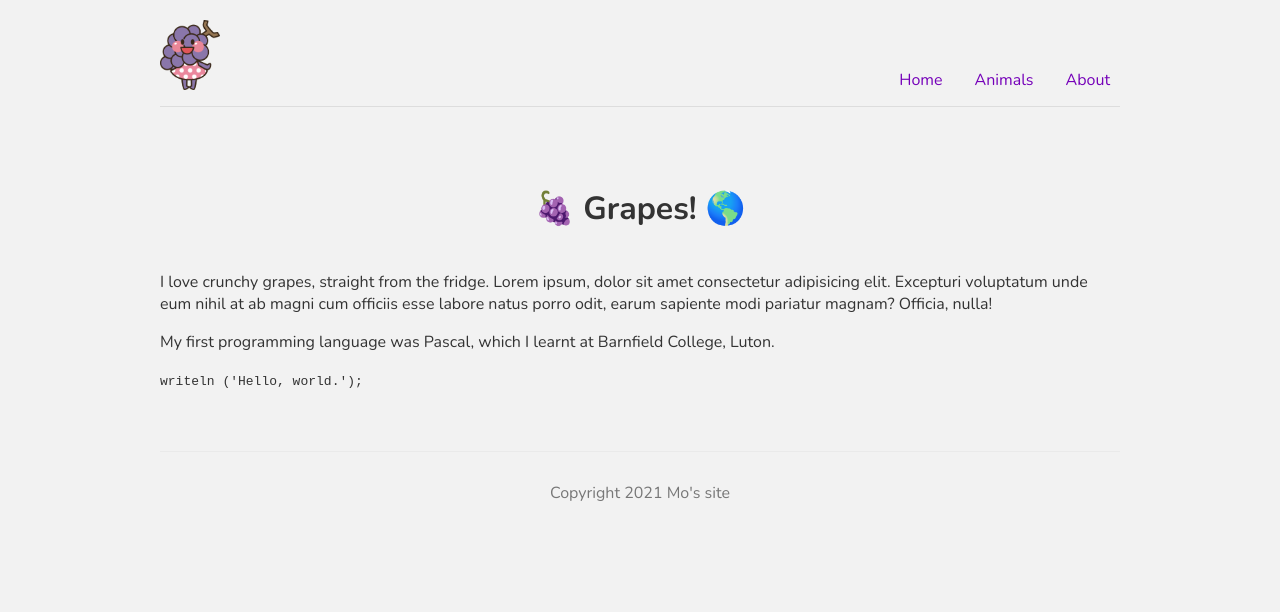
Repository: technogize/next-test-site
Page: /
An editor plug-in stored every save of this project. The page is shown before and after the next save, followed by the edit.
The browser window is 1280 px wide. The pictures show the whole page.
The project was rebuilt for these pictures with package versions that can differ from the ones it lists, and the page was loaded fresh each time. The framework's server and built-in components were replaced by stand-ins that run in the browser.

Above is the page before, as saved 2021-10-02 20:57:28.

After the next save:
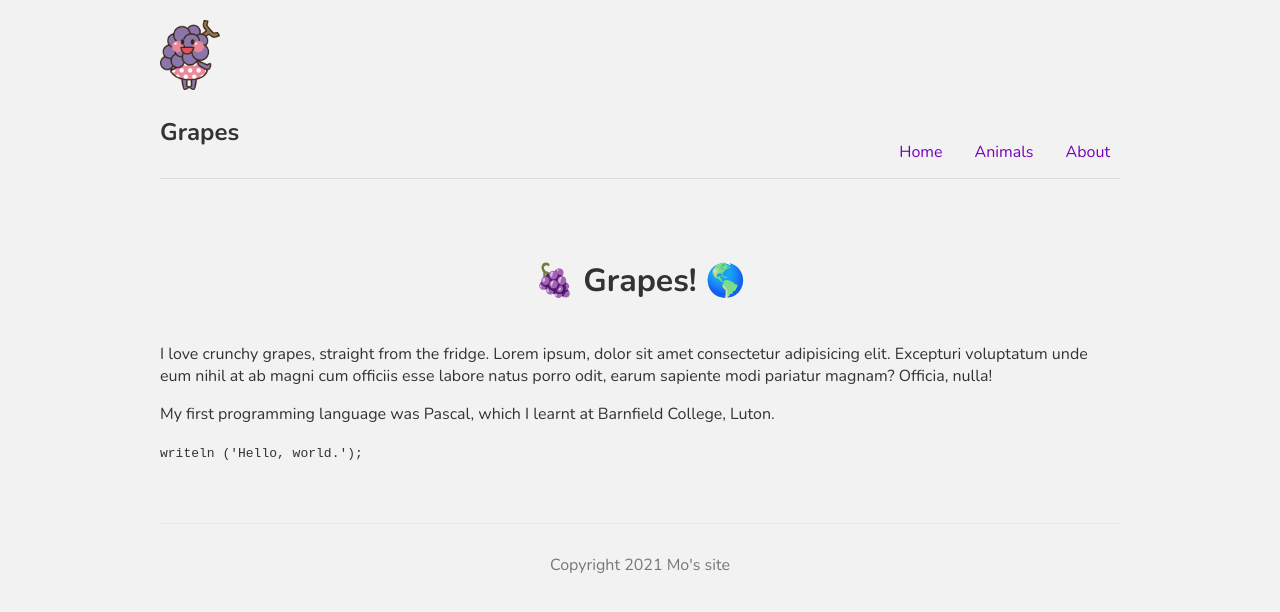
Saved 18 s later.
--- a/components/Navbar.js
+++ b/components/Navbar.js
@@ -7,6 +7,7 @@
             <Link href="/">
                 <div className='logo'>
                     <img src='/img/grape-logo.png' />
+                    <h1>Grapes</h1>
                 </div>
             </Link>
             <Link href="/">Home</Link>

After the save that followed:
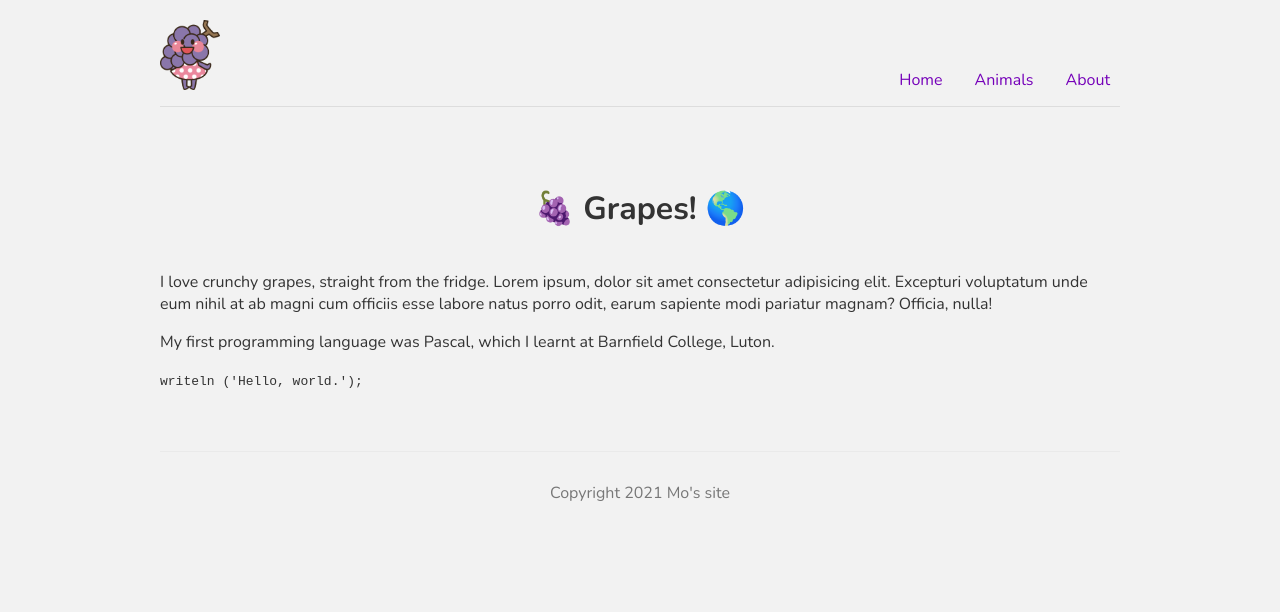
Saved 4 s later.
--- a/components/Navbar.js
+++ b/components/Navbar.js
@@ -7,7 +7,6 @@
             <Link href="/">
                 <div className='logo'>
                     <img src='/img/grape-logo.png' />
-                    <h1>Grapes</h1>
                 </div>
             </Link>
             <Link href="/">Home</Link>
